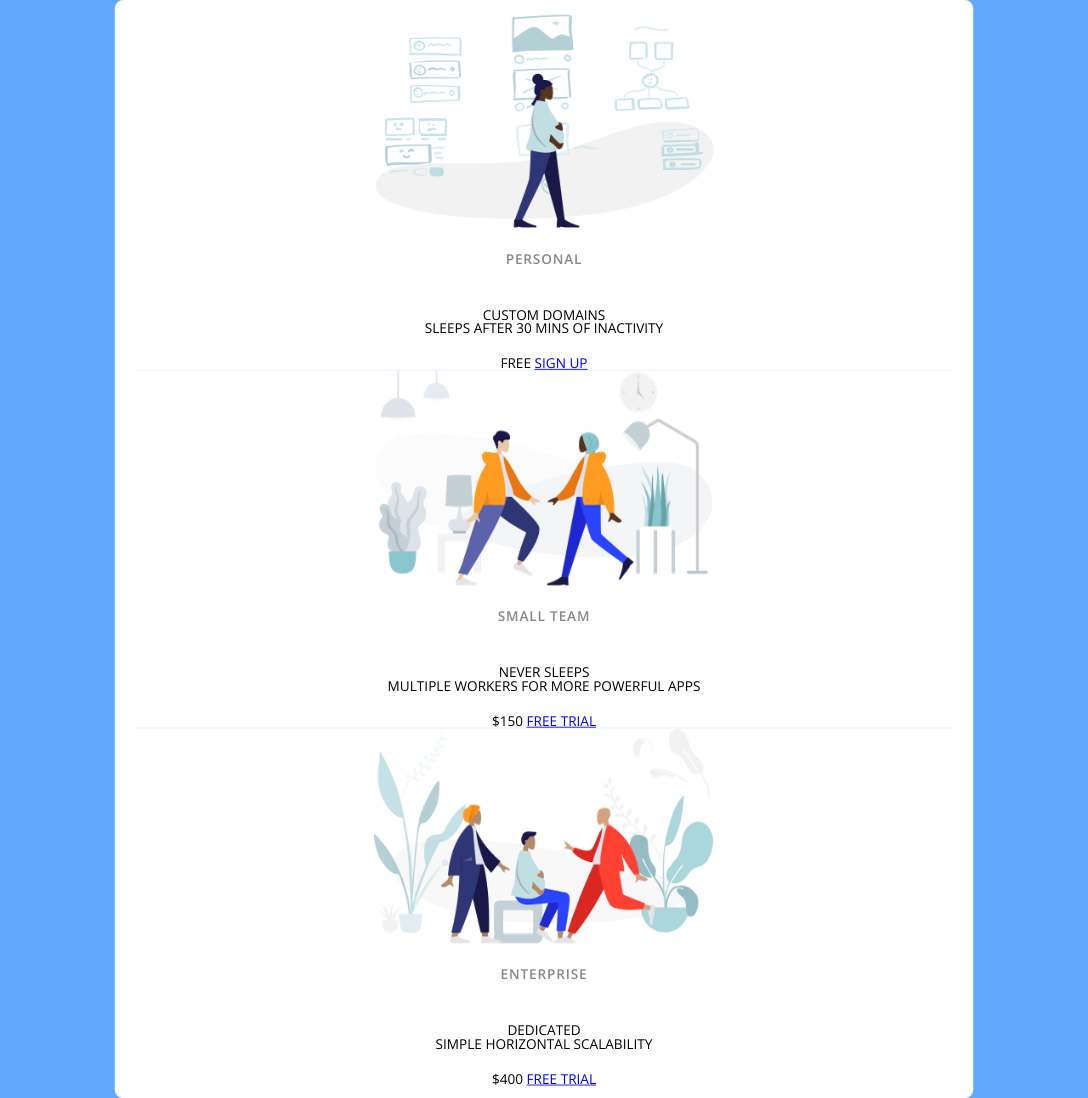
Repository: patrik-fredlund/pricing_panel_udemy
Page: PriceTableStarter/index.html
The author's editor kept a copy of each file at every save. The page is drawn from the files as they stood at one save, then again after the next save.
The browser window is 1280 px wide. The pictures show the whole page, at 85% of full size.

Above is the page before, as saved 2021-06-27 13:35:50.

### PriceTableStarter/index.html
<!DOCTYPE html>
<html lang="en">

<head>
    <meta charset="UTF-8">
    <meta name="viewport" content="width=device-width, initial-scale=1.0">
    <title>Price Tiers</title>
    <link rel="stylesheet" href="https://fonts.googleapis.com/css?family=Open+Sans:400,600,700">
    <link rel="stylesheet" href="app.css">
</head>

<body>
    <div class="panel pricing-table">

        <div class="pricing-plan">
            <img src="icons/icon1.png" alt="" class="pricing-img">
            <h2 class="pricing-header">Personal</h2>
            <ul class="pricing-features">
                <li class="pricing-features-item">Custom domains</li>
                <li class="pricing-features-item">Sleeps after 30 mins of inactivity</li>
            </ul>
            <span class="pricing-price">Free</span>
            <a href="#/" class="pricing-button">Sign up</a>
        </div>

        <div class="pricing-plan">
            <img src="icons/icon2.png" alt="" class="pricing-img">
            <h2 class="pricing-header">Small team</h2>
            <ul class="pricing-features">
                <li class="pricing-features-item">Never sleeps</li>
                <li class="pricing-features-item">Multiple workers for more powerful apps</li>
            </ul>
            <span class="pricing-price">$150</span>
            <a href="#/" class="pricing-button is-featured">Free trial</a>
        </div>

        <div class="pricing-plan">
            <img src="icons/icon3.png" alt="" class="pricing-img">
            <h2 class="pricing-header">Enterprise</h2>
            <ul class="pricing-features">
                <li class="pricing-features-item">Dedicated</li>
                <li class="pricing-features-item">Simple horizontal scalability</li>
            </ul>
            <span class="pricing-price">$400</span>
            <a href="#/" class="pricing-button">Free trial</a>
        </div>

    </div>

</body>

</html>

### PriceTableStarter/app.css
/* http://meyerweb.com/eric/tools/css/reset/
   v2.0 | 20110126
   License: none (public domain)
*/

/* ---------------css reset------------------ */

html, body, div, span, applet, object, iframe,
h1, h2, h3, h4, h5, h6, p, blockquote, pre,
a, abbr, acronym, address, big, cite, code,
del, dfn, em, img, ins, kbd, q, s, samp,
small, strike, strong, sub, sup, tt, var,
b, u, i, center,
dl, dt, dd, ol, ul, li,
fieldset, form, label, legend,
table, caption, tbody, tfoot, thead, tr, th, td,
article, aside, canvas, details, embed,
figure, figcaption, footer, header, hgroup,
menu, nav, output, ruby, section, summary,
time, mark, audio, video {
	margin: 0;
	padding: 0;
	border: 0;
	font-size: 100%;
	font: inherit;
	vertical-align: baseline;
}
/* HTML5 display-role reset for older browsers */
article, aside, details, figcaption, figure,
footer, header, hgroup, menu, nav, section {
	display: block;
}
body {
	line-height: 1;
}
ol, ul {
	list-style: none;
}
blockquote, q {
	quotes: none;
}
blockquote:before, blockquote:after,
q:before, q:after {
	content: '';
	content: none;
}
table {
	border-collapse: collapse;
	border-spacing: 0;
}


/* ------------------------------------------- */

html {
    box-sizing: border-box;
    font-family: 'Open Sans', sans-serif;
}

body {
    background-color: #60a9ff;
    display: flex;
    justify-content: center;
    align-items: center;
    min-height: 100vh;
}

.panel {
    background-color: white;
    border-radius: 10px;
    padding: 15px 25px;
    width: 100%;
    max-width: 960px;
    display: flex;
    flex-direction: column;
    text-align: center;
    text-transform: uppercase;
}

.pricing-plan {
    border-bottom: 1px solid #e1f1ff;
}

.pricing-plan:last-child {
    border-bottom: none;
}

.pricing-img {
    margin-bottom: 25px;
    /* width: 100%; */
    max-width: 100%;
}

.pricing-header {
    color: #888;
    font-weight: 600;
    letter-spacing: 1px;
}

.pricing-features {
    margin: 50px 0 25px;
}

After the next save:
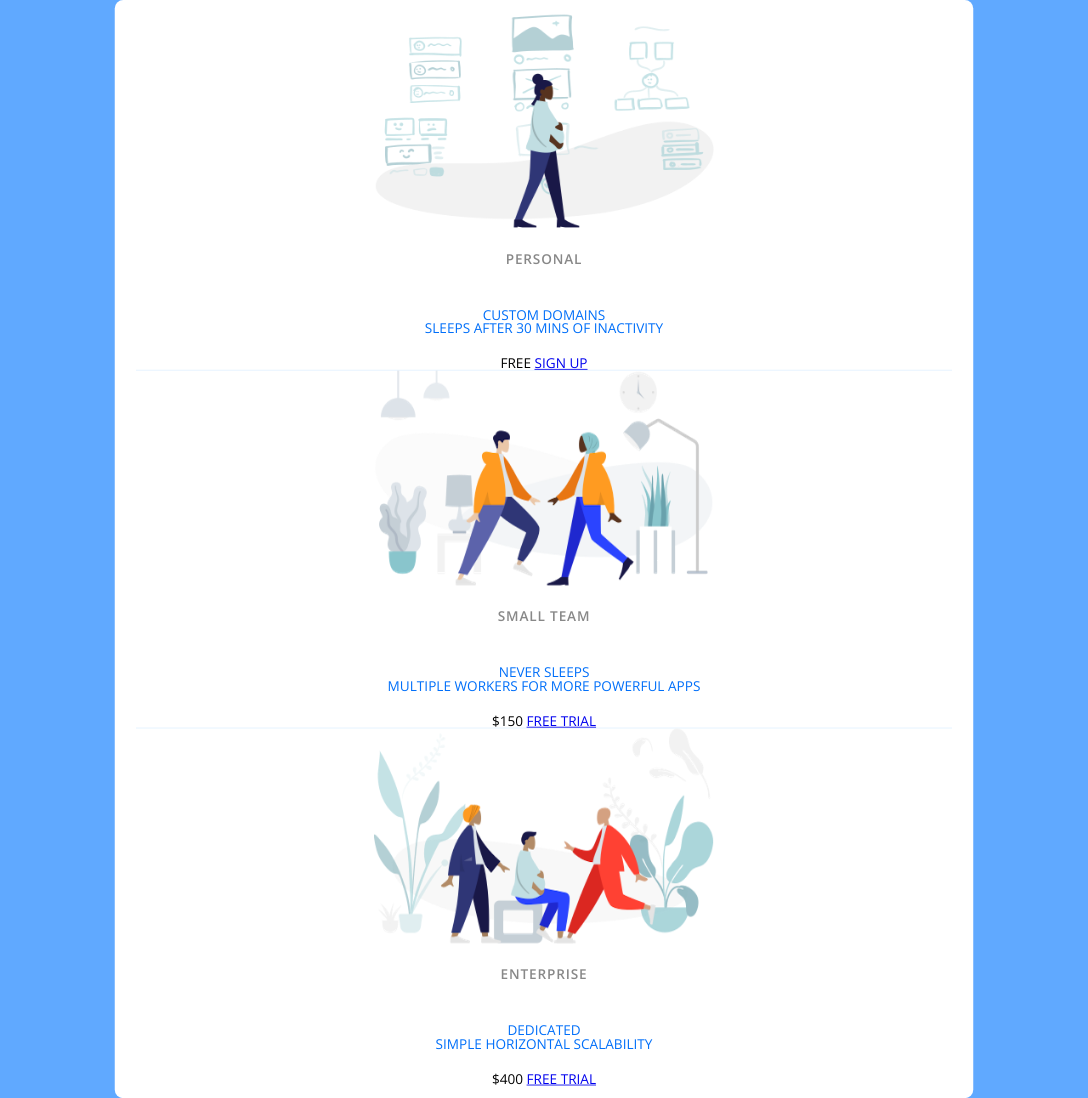
Saved 2 min 6 s later.
--- a/PriceTableStarter/app.css
+++ b/PriceTableStarter/app.css
@@ -99,4 +99,5 @@ body {
 
 .pricing-features {
     margin: 50px 0 25px;
+    color: #016ff9;
 }
